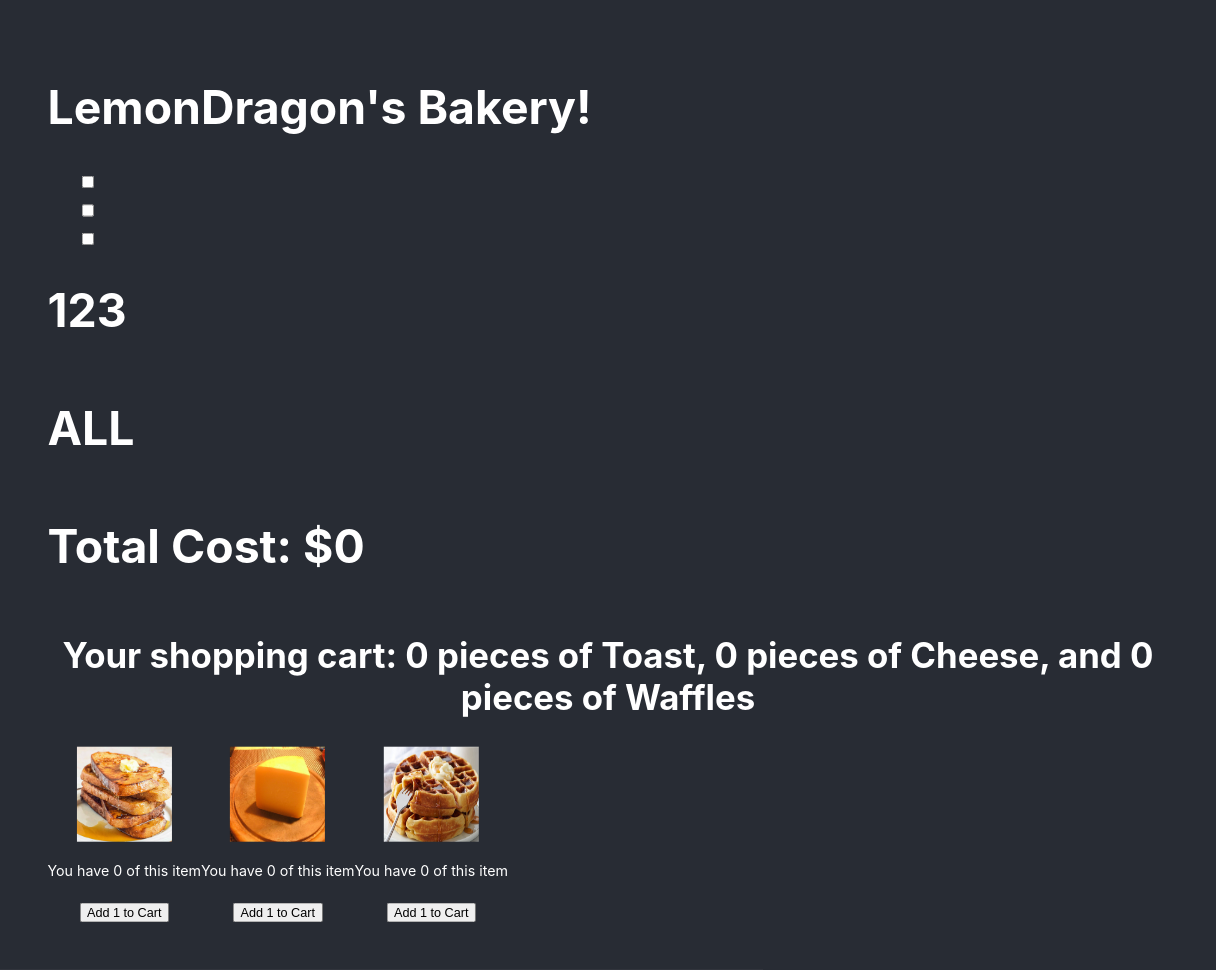
Repository: happydragon200/development
Page: /
These files come from the project's save history. The page is drawn as it stood at one moment and after the next save; the edit follows.
The browser window is 1280 px wide. The pictures show the whole page, at 95% of full size.
The project was rebuilt for these pictures with package versions that can differ from the ones it lists, and the page was loaded fresh each time.

Above is the page before, as saved 2022-12-02 01:10:31.

### src/App.js
import React, { useState } from 'react'
import baguette from './images/baguette.jpg'
import toast from './images/toast.png'
import cheese from './images/cheese.jpg'
import waffle from './images/waffle.jpg'
import Container from 'react-bootstrap/Container'
import Nav from 'react-bootstrap/Nav'
import Navbar from 'react-bootstrap/Navbar'
import NavDropdown from 'react-bootstrap/NavDropdown'
import './App.css'

function App() {
  return (
    <div>
      <div className="App">
        <header className="App-header">
          <h1>LemonDragon's Bakery!</h1>
          <Menu />
        </header>
      </div>
    </div>
  )
}

function FilterBar() {
  // const { p1, p2 } = props

  const [selected, changeSelected] = useState([1, 2, 3])

  const breadButton = FilterButton(selected, changeSelected, 'bread')
  const proteinButton = FilterButton(selected, changeSelected, 'protein')
  const livingButton = FilterButton(selected, changeSelected, 'living')

  const buttons = [breadButton, proteinButton, livingButton]

  return (
    <div>
      {buttons}
      <h1>{selected}</h1>
    </div>
  )
}

function FilterButton(selected, changeSelected, tag) {
  // const { selected, changeSelected, tag } = props
  console.log('hmm')
  console.log(selected)

  const clickChange = () => {
    console.log('The checkbox was toggled')
    if (selected.includes(tag)) {
      // const new_selected = selected.remove(tag)

      var new_selected = selected.filter(function (value, index, arr) {
        return value !== tag
      })
      changeSelected(new_selected)
    } else {
      const new_selected = [...selected]
      new_selected.push(tag)
      console.log(new_selected)
      changeSelected(new_selected)
    }
  }

  const man = true

  return (
    <div>
      <input
        type="checkbox"
        id="topping"
        name="topping"
        value="Paneer"
        // checked={man}
        onChange={clickChange}
      />
    </div>
  )
}

function Menu() {
  const [toast_count, toast_setcount] = useState(0)
  const [cheese_count, cheese_setcount] = useState(0)
  const [waffle_count, waffle_setcount] = useState(0)

  const toast_price = 5
  const cheese_price = 10
  const waffle_price = 100

  const [type, setType] = useState('ALL')

  var foods = [
    {
      name: 'toast',
      type: 'bread',
      price: 5,
      img: { toast },
      count: { toast_count },
    },
    {
      name: 'cheese',
      type: 'protein',
      price: 10,
      img: { cheese },
      count: { cheese_count },
    },
    {
      name: 'waffle',
      type: 'bread',
      price: 100,
      img: { waffle },
      count: { waffle_count },
    },
  ]

  return (
    <>
      <FilterBar />
      <h1>{type}</h1>
      <h1>
        Total Cost: $
        {toast_count * toast_price +
          cheese_count * cheese_price +
          waffle_count * waffle_price}
      </h1>
      <h2>
        Your shopping cart: {toast_count} pieces of Toast, {cheese_count} pieces
        of Cheese, and {waffle_count} pieces of Waffles
      </h2>

      <div className="flex-parent">
        <BakeryItem
          className="inline"
          img={toast}
          count={toast_count}
          setCount={toast_setcount}
        />
        <BakeryItem
          className="inline"
          img={cheese}
          count={cheese_count}
          setCount={cheese_setcount}
        />
        <BakeryItem
          className="inline"
          img={waffle}
          count={waffle_count}
          setCount={waffle_setcount}
        />
      </div>

      {/* <FilterBar
      p1={p1}
      p2={p2}
      /> */}
    </>
  )
}

function BakeryItem(prop) {
  const { img, count, setCount } = prop

  return (
    <div>
      <img src={img} className="Item-small" />
      <p className="smull">You have {count} of this item</p>
      <button onClick={() => setCount(count + 1)}>Add 1 to Cart</button>

      {count > 0 && (
        <button onClick={() => setCount(count - 1)}>Remove 1 from Cart</button>
      )}
    </div>
  )
}

export default App

### src/App.css
.App {
  text-align: center;
}

.App-logo {
  height: 40vmin;
  pointer-events: none;
}

@media (prefers-reduced-motion: no-preference) {
  .App-logo {
    animation: App-logo-spin infinite 20s linear;
  }
}

.App-header {
  background-color: #282c34;
  min-height: 100vh;
  display: flex;
  flex-direction: column;
  align-items: flex-start;
  justify-content: flex-start;
  font-size: calc(10px + 2vmin);
  padding: 50px 50px 50px 50px;
  color: white;
}

.App-link {
  color: #61dafb;
}

.Item-small {
  height: 100px;
  width: 100px;
}

.inline {
  justify-content: space-around;
}

.flex-parent {
  display: flex;
  justify-content: space-around;

}

.smull {
  font-size: 15px;
}

@keyframes App-logo-spin {
  from {
    transform: rotate(0deg);
  }
  to {
    transform: rotate(360deg);
  }
}

Loaded but not shown: public/index.html (common file); src/index.js (common file); src/index.css (common file)

After the next save:
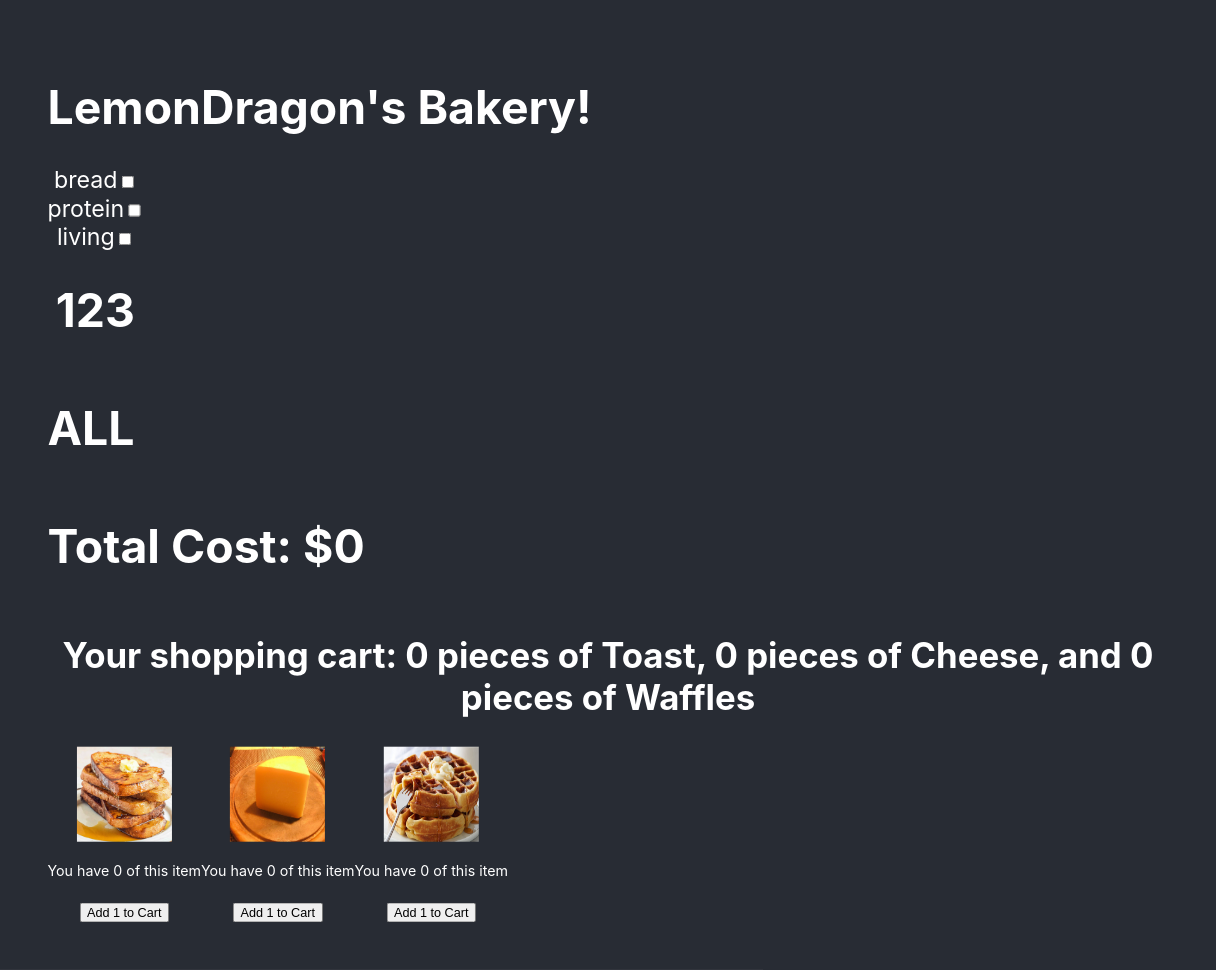
Saved 16 s later.
--- a/src/App.js
+++ b/src/App.js
@@ -67,6 +67,7 @@ function FilterButton(selected, changeSelected, tag) {
 
   return (
     <div>
+      {tag}
       <input
         type="checkbox"
         id="topping"
